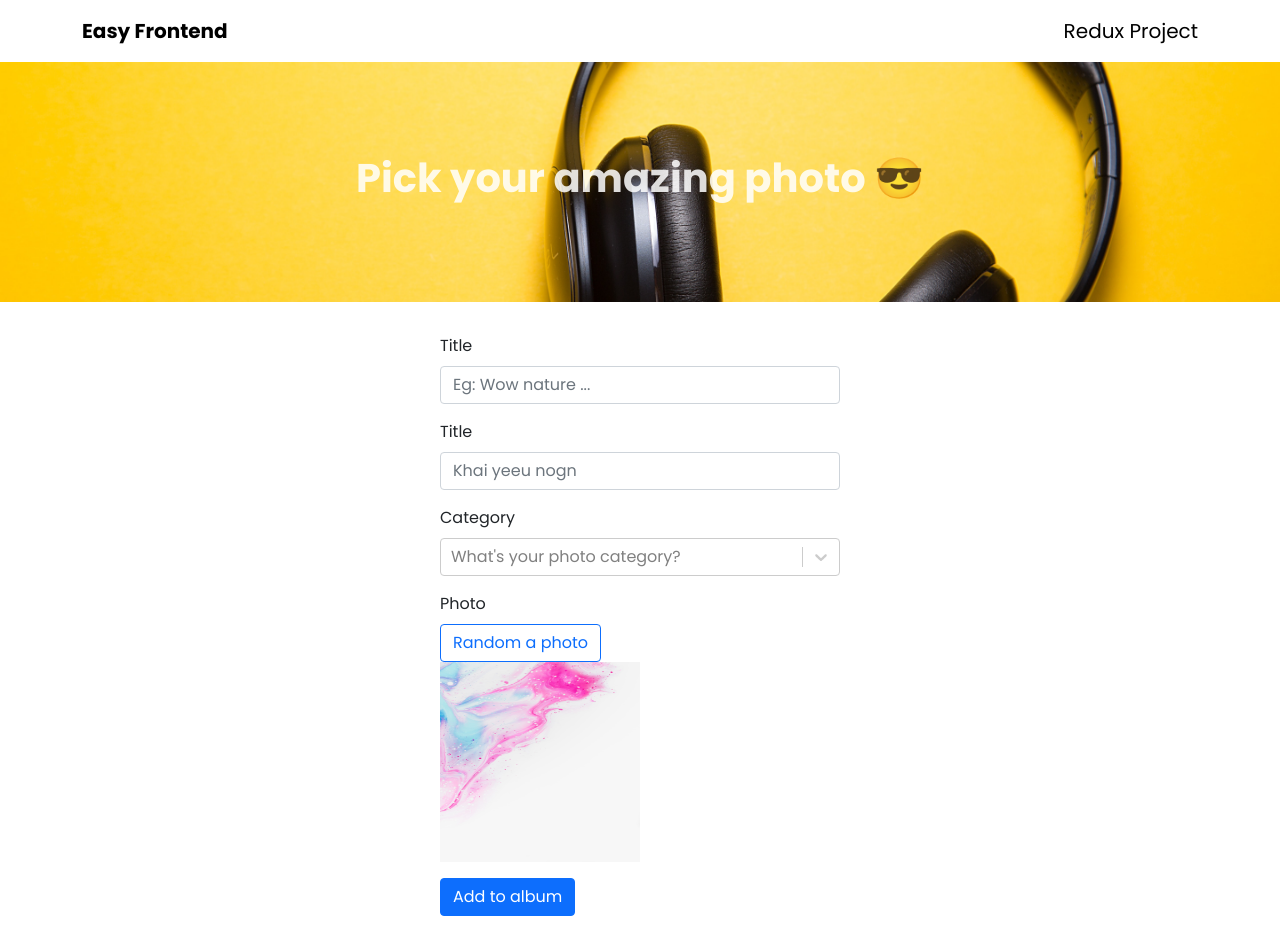
Repository: duckhai80/Redux-photo-app
Page: /photos/add
The author's editor kept a copy of each file at every save. The page is drawn from the files as they stood at one save, then again after the next save.
The browser window is 1280 px wide. The pictures show the whole page.
The project was rebuilt for these pictures with package versions that can differ from the ones it lists, and the page was loaded fresh each time. Also part of the build but not shown: src/App.css, src/components/NotFound/index.jsx.

Above is the page before, as saved 2021-10-29 14:37:11.

### public/index.html
<!DOCTYPE html>
<html lang="en">
  <head>
    <meta charset="utf-8" />
    <link rel="icon" href="%PUBLIC_URL%/favicon.ico" />
    <meta name="viewport" content="width=device-width, initial-scale=1" />
    <meta name="theme-color" content="#000000" />
    <meta
      name="description"
      content="Web site created using create-react-app"
    />
    <link rel="apple-touch-icon" href="%PUBLIC_URL%/logo192.png" />

    <link rel="manifest" href="%PUBLIC_URL%/manifest.json" />

    <title>React App</title>
    <link
      href="https://fonts.googleapis.com/css2?family=Poppins:ital,wght@0,400;0,700;1,400;1,700&display=swap"
      rel="stylesheet"
    />
  </head>
  <body>
    <noscript>You need to enable JavaScript to run this app.</noscript>
    <div id="root"></div>
  </body>
</html>

### src/index.js
import "bootstrap/dist/css/bootstrap.css";
import React from "react";
import ReactDOM from "react-dom";
import App from "./App";
import "./index.css";
import reportWebVitals from "./reportWebVitals";

ReactDOM.render(
  <React.StrictMode>
    <App />
  </React.StrictMode>,
  document.getElementById("root")
);

reportWebVitals();

### src/App.js
import logo from "./logo.svg";
import "./App.css";

import React, { Suspense } from "react";
import { BrowserRouter, Route, Switch, Redirect, Link } from "react-router-dom";
import Header from "./components/Header";
import NotFound from "./components/NotFound";

const Photo = React.lazy(() => import("./features/Photo/pages/Main"));
const AddEdit = React.lazy(() => import("./features/Photo/pages/AddEdit"));

function App() {
  return (
    <div className="photo-app">
      <Suspense fallback={<div>Loading ...</div>}>
        <BrowserRouter>
          <Header></Header>

          <Switch>
            <Redirect exact from="/" to="/photos" />

            <Route exact path="/photos" component={Photo} />
            <Route exact path="/photos/add" component={AddEdit} />
            <Route component={NotFound} />
          </Switch>

          {/* <ul>
            <li>
              <Link to="/photos">Go to photo page</Link>
            </li>
            <li>
              <Link to="/photos/add">Go to Add new photo page</Link>
            </li>
            <li>
              <Link to="/photos/123">Go to Edit photo page</Link>
            </li>
          </ul>
          <Header />
          <Switch>
            <Redirect exact from="/" to="/photos" />
          </Switch> */}
        </BrowserRouter>
      </Suspense>
    </div>
  );
}

export default App;

### src/index.css
body {
  margin: 0;
  font-family: "Poppins", -apple-system, BlinkMacSystemFont, "Segoe UI",
    "Roboto", "Oxygen", "Ubuntu", "Cantarell", "Fira Sans", "Droid Sans",
    "Helvetica Neue", sans-serif;
  -webkit-font-smoothing: antialiased;
  -moz-osx-font-smoothing: grayscale;
}

code {
  font-family: source-code-pro, Menlo, Monaco, Consolas, "Courier New",
    monospace;
}

### src/components/Header/index.jsx
import React from "react";
import { NavLink } from "react-router-dom";
import { Col, Container, Row } from "reactstrap";
import "./Header.scss";

Header.propTypes = {};

function Header() {
  return (
    <div>
      <header className="header">
        <Container>
          <Row className="justify-content-between">
            <Col xs="auto">
              <a
                className="header__link header__title"
                href="https://youtube.com/easyfrontend"
                target="_blank"
                rel="noopener noreferrer"
              >
                Easy Frontend
              </a>
            </Col>

            <Col xs="auto">
              <NavLink
                exact
                className="header__link"
                to="/photos"
                activeClassName="header__link--active"
              >
                Redux Project
              </NavLink>
            </Col>
          </Row>
        </Container>
      </header>
    </div>
  );
}

export default Header;

### src/features/Photo/pages/AddEdit/index.jsx
import Banner from "components/Banner";
import NotFound from "components/NotFound";
import PhotoForm from "features/Photo/components/PhotoForm";
import React from "react";
import { Redirect, Route, Switch } from "react-router";
import "./styles.scss";

AddEditPage.propTypes = {};

function AddEditPage(props) {
  return (
    <div className="photo-edit">
      <Banner title="Pick your amazing photo 😎" />

      <div className="photo-edit__form">
        <PhotoForm
          onSubmit={(values) => console.log("Form submit: ", values)}
        />
      </div>
    </div>
  );
}

export default AddEditPage;

### src/components/Header/Header.scss
.header {
  padding: 1rem 0;
  font-size: 1.25rem;

  &__title {
    font-weight: bold;
  }

  &__link {
    color: #000;
    text-decoration: none;
    transition: all 0.25s ease-in-out 0s;

    &--active,
    &:hover {
      text-decoration: none;
      // color: var(--primary);
      color: rgb(56, 144, 216);
    }
  }
}

### src/components/Banner/index.jsx
import PropTypes from "prop-types";
import React from "react";
import "./Banner.scss";

Banner.propTypes = {
  title: PropTypes.string,
  backgroundUrl: PropTypes.string,
};

Banner.defaultProps = {
  title: "",
  backgroundUrl: "",
};

function Banner(props) {
  const { title, backgroundUrl } = props;

  const bannerStyle = backgroundUrl
    ? { backgroundImage: `url(${backgroundUrl})` }
    : {};

  return (
    <section className="banner" style={bannerStyle}>
      <h1 className="banner__title">{title}</h1>
    </section>
  );
}

export default Banner;

### src/constants/images.js
import blueBackground from "../assets/images/blue-bg.jpg";
import colorfulBackground from "../assets/images/colorful-bg.jpg";
import orangeBackground from "../assets/images/orange-bg.jpg";
import pinkBackground from "../assets/images/pink-bg.jpg";

const Images = {
  ORANGE_BG: orangeBackground,
  BLUE_BG: blueBackground,
  COLORFUL_BG: colorfulBackground,
  PINK_BG: pinkBackground,
};

export default Images;

### src/features/Photo/components/PhotoForm/index.jsx
import { PHOTO_CATEGORY_OPTIONS } from "constants/global";
import Images from "constants/images";
import InputField from "custom-field/InputField";
import { FastField, Form, Formik } from "formik";
import PropTypes from "prop-types";
import React from "react";
import Select from "react-select";
import { Button, FormGroup, Input, Label } from "reactstrap";

PhotoForm.propTypes = {
  onSubmit: PropTypes.func,
};

PhotoForm.defaultProps = {
  onSubmit: null,
};

function PhotoForm(props) {
  const initialValues = {
    title: "",
  };

  return (
    <Formik initialValues={initialValues}>
      {(formikProps) => {
        const { values, errors, touched } = formikProps;
        console.log({ values, errors, touched });

        return (
          <Form>
            <FastField
              name="title"
              component={InputField}
              label="Title"
              placeholder="Eg: Wow nature ..."
            />

            <FastField
              name="name"
              component={InputField}
              label="Name"
              placeholder="Khai yeeu nogn"
            />

            <FormGroup>
              <Label for="categoryId">Category</Label>
              <Select
                id="categoryId"
                name="categoryId"
                placeholder="What's your photo category?"
                options={PHOTO_CATEGORY_OPTIONS}
              />
            </FormGroup>

            <FormGroup>
              <Label for="categoryId">Photo</Label>

              <div>
                <Button type="button" outline color="primary">
                  Random a photo
                </Button>
              </div>
              <div>
                <img
                  width="200px"
                  height="200px"
                  src={Images.COLORFUL_BG}
                  alt="colorful background"
                />
              </div>
            </FormGroup>

            <FormGroup>
              <Button color="primary">Add to album</Button>
            </FormGroup>
          </Form>
        );
      }}
    </Formik>
  );
}

export default PhotoForm;

### src/features/Photo/pages/AddEdit/styles.scss
.photo-edit {
  &__form {
    margin: 2rem auto 1rem auto;
    max-width: 25rem;
  }
}

### src/components/Banner/Banner.scss
.banner {
  display: flex;
  flex-flow: row wrap;
  justify-content: center;
  align-items: center;
  height: 15rem;

  background-image: url(../../assets/images/orange-bg.jpg);
  background-position: center;
  background-size: cover;

  &__title {
    color: rgba(255, 255, 255, 0.85);
    font-weight: bold;
  }
}

### src/constants/global.js
export const PHOTO_CATEGORY_OPTIONS = [
  { value: 1, label: "Technology" },
  { value: 2, label: "Education" },
  { value: 3, label: "Nature" },
  { value: 4, label: "Animals" },
  { value: 5, label: "Styles" },
];

### src/custom-field/InputField/index.jsx
import React from "react";
import PropTypes from "prop-types";
import { FormGroup, Input, Label } from "reactstrap";

InputField.propTypes = {
  field: PropTypes.object.isRequired,
  form: PropTypes.object.isRequired,
  type: PropTypes.string,
  label: PropTypes.string,
  placeholder: PropTypes.string,
  disabled: PropTypes.bool,
};

InputField.defaultProps = {
  type: "text",
  label: "",
  placeholder: "",
  disabled: false,
};

function InputField(props) {
  const { field, form, type, label, placeholder, disabled } = props;
  const { name, value, onChange, onBlur } = field;

  return (
    <div>
      <FormGroup>
        {label && <Label for={name}>Title</Label>}
        <Input
          id={name}
          {...field}
          placeholder={placeholder}
          name={name}
          type={type}
          disabled={disabled}
        />
      </FormGroup>
    </div>
  );
}

export default InputField;

Loaded but not shown: src/reportWebVitals.js (common file)

After the next save:
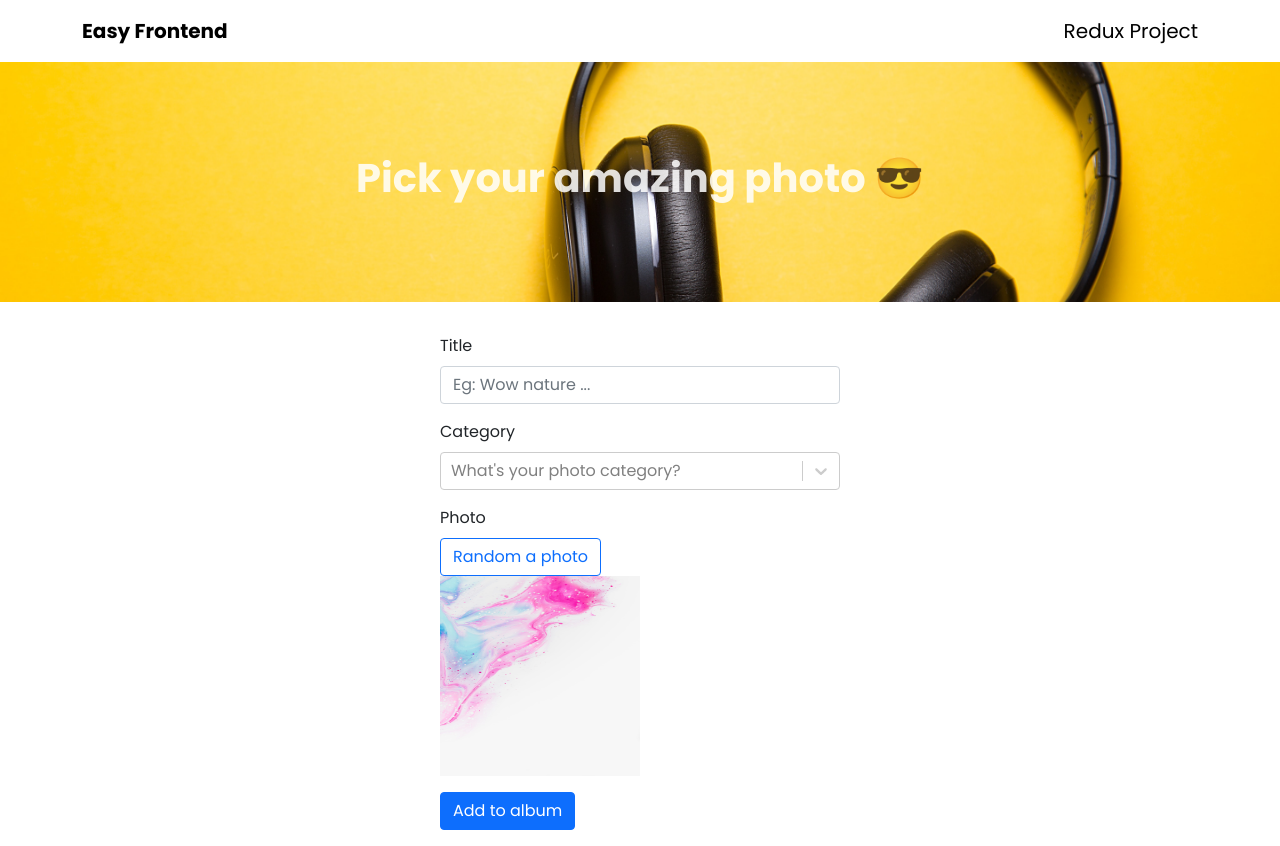
Saved 9 s later.
--- a/src/features/Photo/components/PhotoForm/index.jsx
+++ b/src/features/Photo/components/PhotoForm/index.jsx
@@ -33,13 +33,6 @@ function PhotoForm(props) {
               component={InputField}
               label="Title"
               placeholder="Eg: Wow nature ..."
-            />
-
-            <FastField
-              name="name"
-              component={InputField}
-              label="Name"
-              placeholder="Khai yeeu nogn"
             />
 
             <FormGroup>
